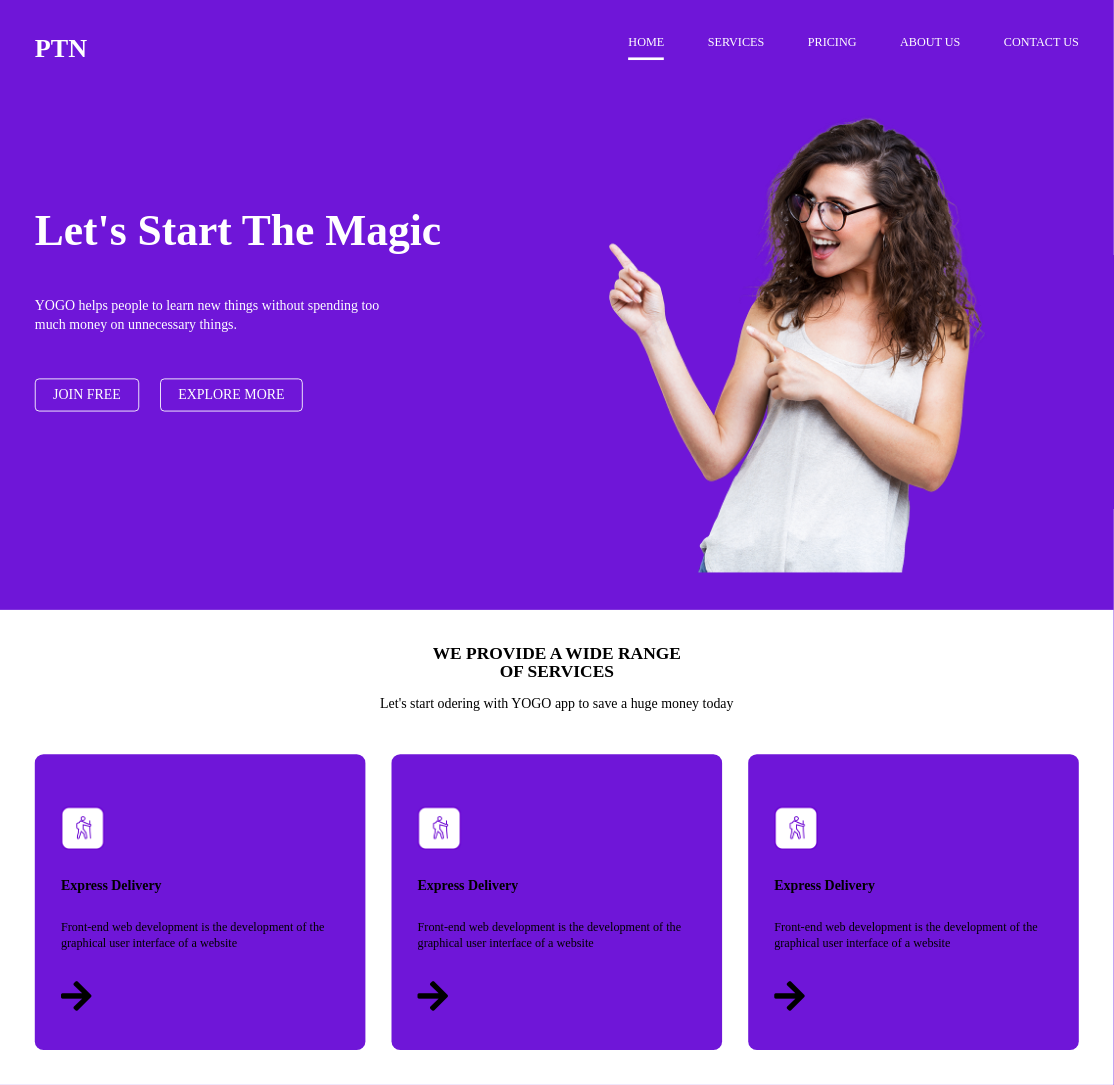
Repository: PhamTrungNguyen/LuyenTap
Page: index.html
These files come from the project's save history. The page is drawn as it stood at one moment and after the next save; the edit follows.
The browser window is 1280 px wide. The pictures show the whole page, at 87% of full size.
Some web fonts or font styles are not loaded; a fallback is used. The style sheet was rebuilt from its Sass, Less or Tailwind sources for each picture, by a compiler version that may differ from the author's.

Above is the page before, as saved 2021-12-05 19:49:20.

After the next save:
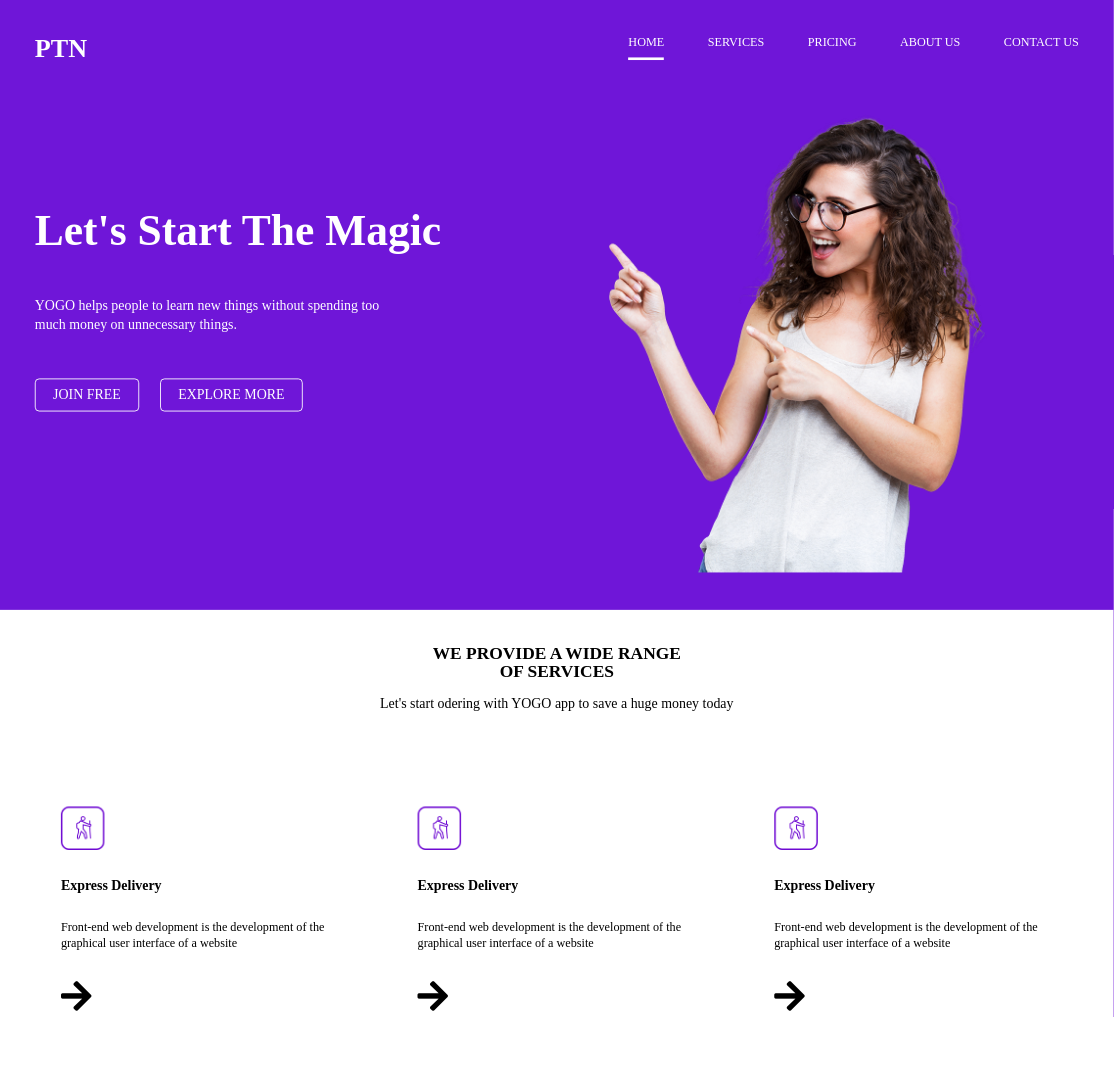
Saved 10 s later.
--- a/style.scss
+++ b/style.scss
@@ -199,7 +199,7 @@ img {
     flex-wrap: wrap;
     &--block{
       padding:6rem 3rem 4rem 3rem;
-      background-color: #6f16d8;
+      // background-color: #6f16d8;
       border-radius:1rem;
     }
     &--list{
